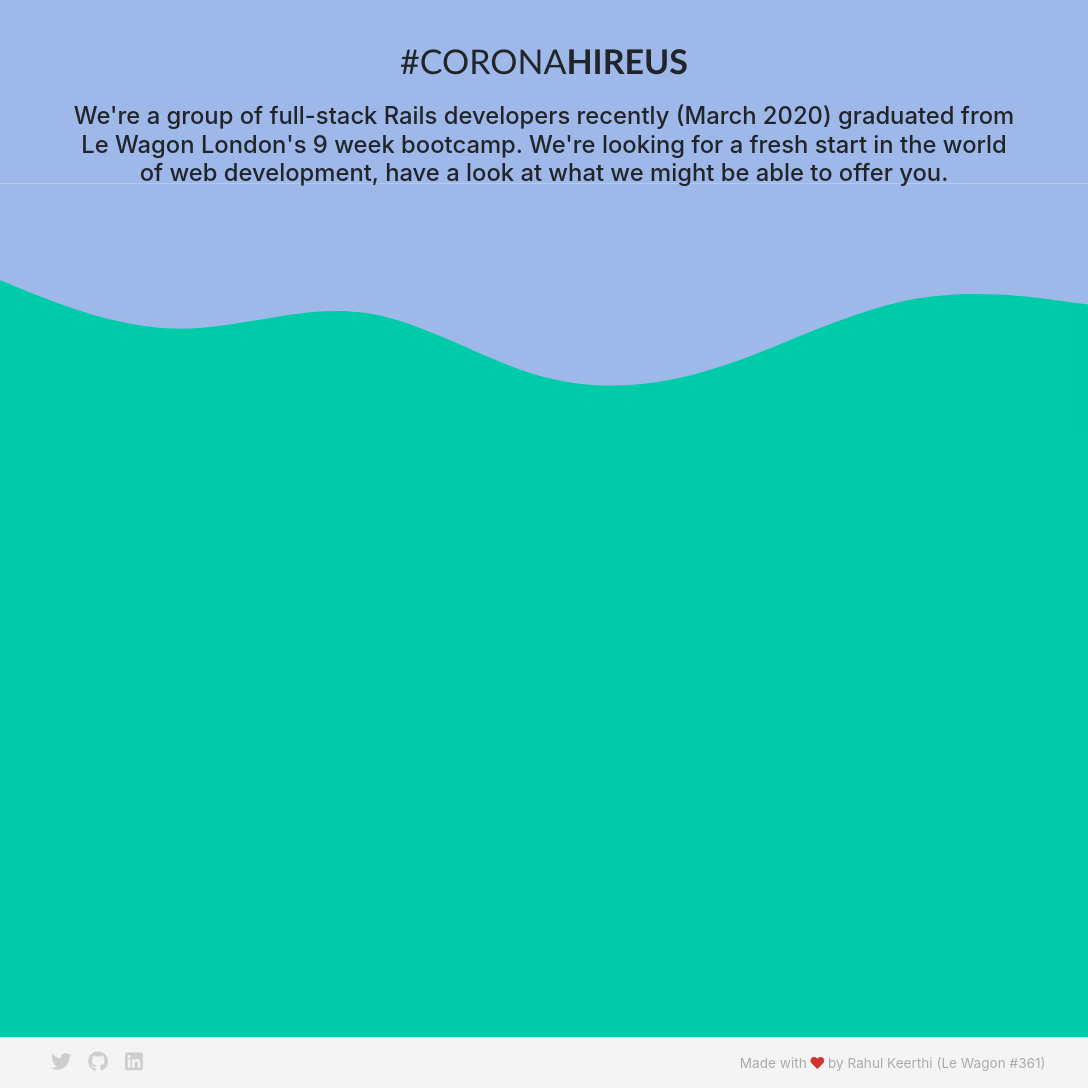
Repository: rahulkeerthi/coronahireus
Page: index.html
An editor plug-in stored every save of this project. The page is shown before and after a run of saves, followed by the edit.
The browser window is 1280 px wide. The pictures show the whole page, at 85% of full size.
Some web libraries are served in a nearby version.

Above is the page before, as saved 2020-03-27 23:09:07.

After the next 5 saves:
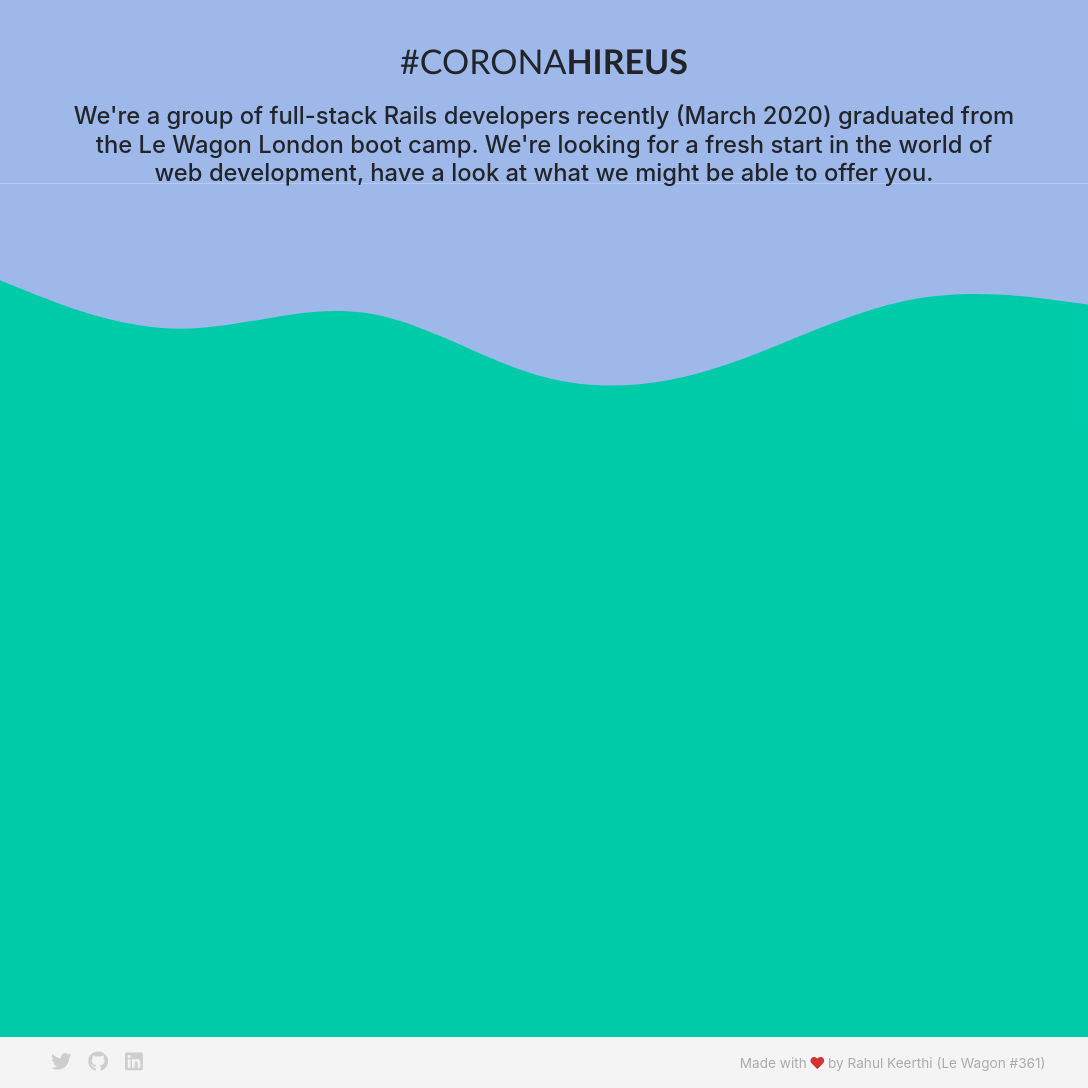
The 5 saves are shown as one change because they came seconds apart.
The last was saved 17 s later.
--- a/index.html
+++ b/index.html
@@ -16,7 +16,7 @@
         <div class="wrapper">
             <div class="sky text-center">
                 <h1 class="pt-5">#CORONA<strong>HIREUS</strong></h1>
-                <h3 class="container py-3">We're a group of full-stack Rails developers recently (March 2020) graduated from Le Wagon London's 9 week bootcamp. We're looking for a fresh start in the world of web development, have a look at what we might be able to offer you.</h3>
+                <h3 class="container py-3">We're a group of full-stack Rails developers recently (March 2020) graduated from the Le Wagon London boot camp. We're looking for a fresh start in the world of web development, have a look at what we might be able to offer you.</h3>
             </div>
             <div class="hills">
                 <svg xmlns="http://www.w3.org/2000/svg" viewBox="0 0 1440 320"><path fill="#00cba9" fill-opacity="1" d="M0,128L40,144C80,160,160,192,240,192C320,192,400,160,480,170.7C560,181,640,235,720,256C800,277,880,267,960,240C1040,213,1120,171,1200,154.7C1280,139,1360,149,1400,154.7L1440,160L1440,320L1400,320C1360,320,1280,320,1200,320C1120,320,1040,320,960,320C880,320,800,320,720,320C640,320,560,320,480,320C400,320,320,320,240,320C160,320,80,320,40,320L0,320Z"></path></svg>
